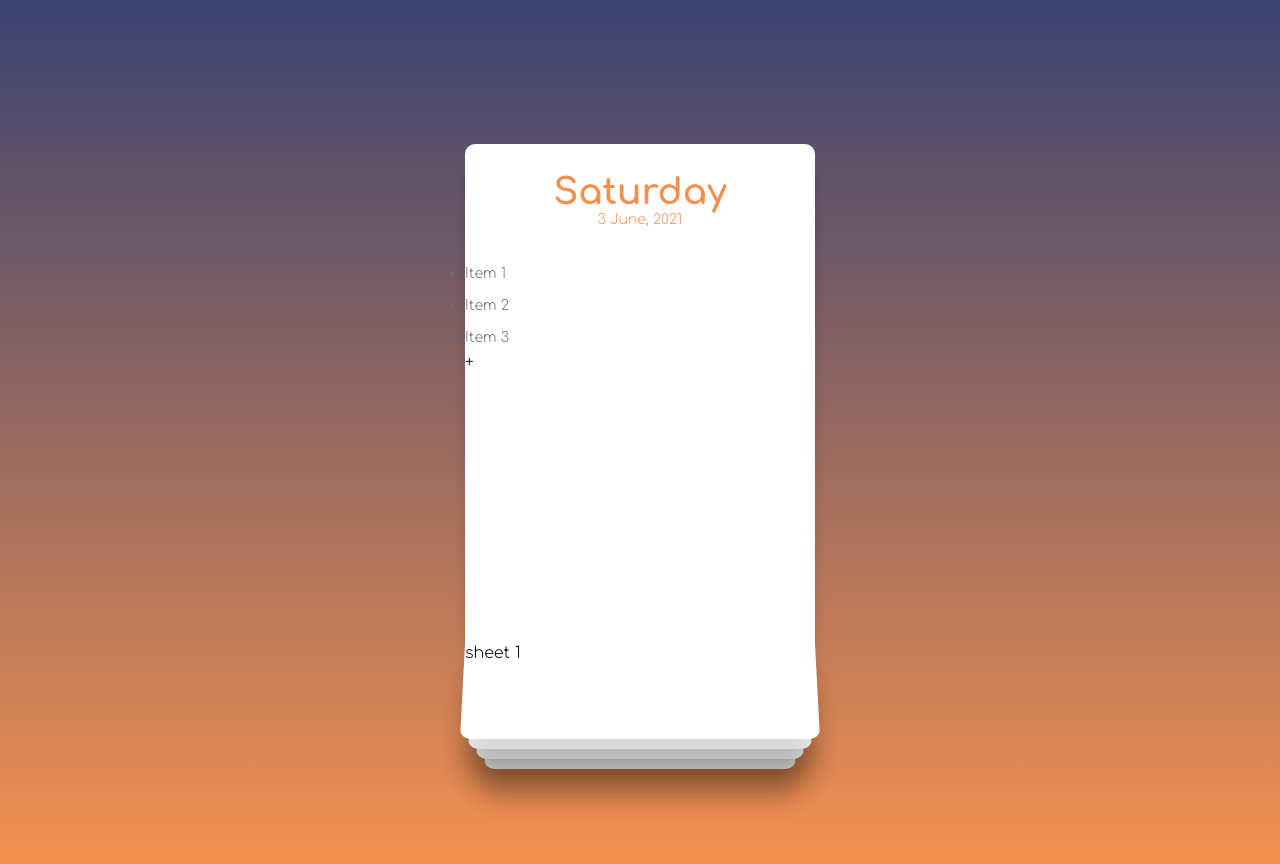
Repository: Colo-Codes/mini-projects
Page: todo-app/index.html
The author's editor kept a copy of each file at every save. The page is drawn from the files as they stood at one save, then again after the next save.
The browser window is 1280 px wide. The pictures show the whole page.

Above is the page before, as saved 2021-07-04 11:59:11.

After the next save:
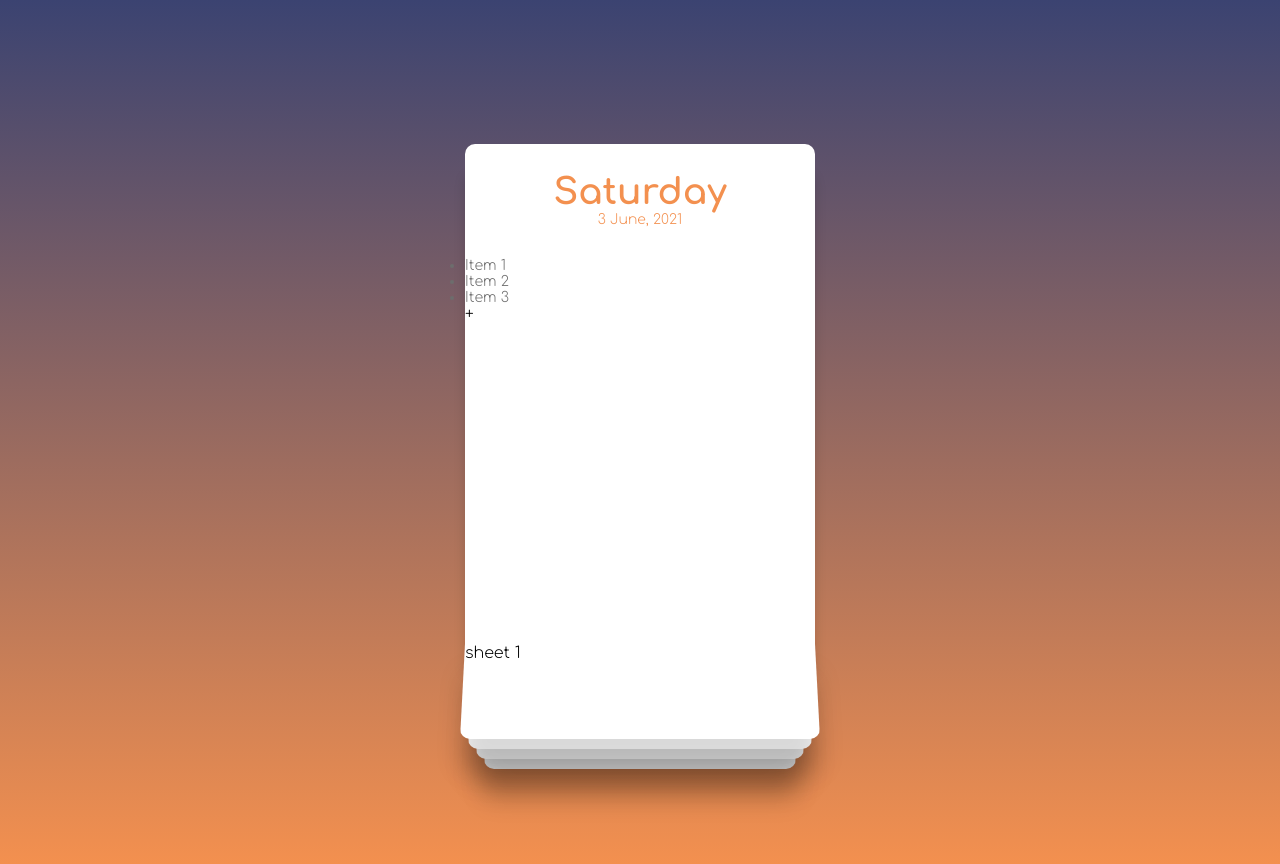
Saved 7 s later.
--- a/todo-app/css/index.css
+++ b/todo-app/css/index.css
@@ -123,5 +123,4 @@ div [id^='sheet-'] {
 .todo--tasks-list--item {
     font-size: 0.89rem;
     color: #6d6d6d;
-    line-height: 2rem;
 }
